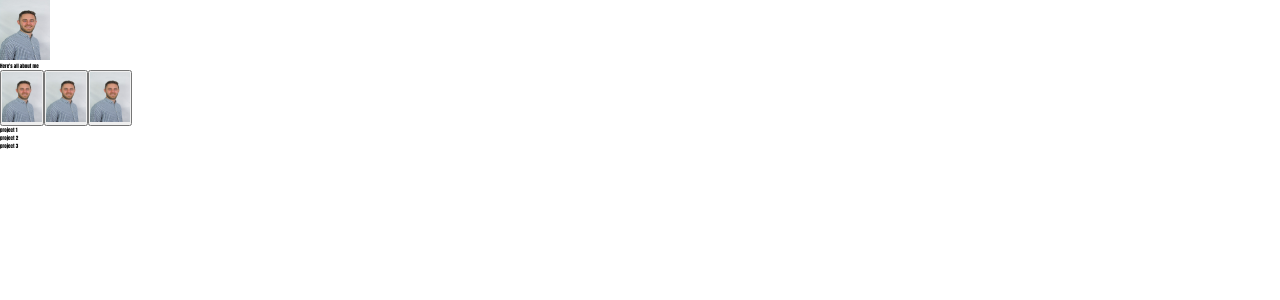
Repository: Kobramall/portfolio-project
Page: /portfolio
These files come from the project's save history. The page is drawn as it stood at one moment and after a run of saves; the edit follows.
The browser window is 1280 px wide. The pictures show the whole page.
The project was rebuilt for these pictures with package versions that can differ from the ones it lists, and the page was loaded fresh each time. Also part of the build but not shown: src/App.css, src/componets/Main.jsx. Imported but missing from the stored project, and not drawn on this page: src/assets/Landscape.mov.

Above is the page before, as saved 2022-11-01 15:17:43.

### src/index.css
*{
  margin:0;
  padding: 0;
  font-family: Impact, Haettenschweiler, 'Arial Narrow Bold', sans-serif;
}


.main{
  width: 100%;
  height: 100%;
}

video{
  width: 100%;
  height: 100%;
  object-fit: cover;
}

.content{
  position: absolute;
  width: 100%;
  height: 100%;
  top:0;
  display: flex;
  flex-direction: column;
  justify-content: center;
  align-items: center;
  color: azure;
  font-size: 6px;
}
.content button{
  color:azure;
  background-color: #fff;
  background-color: rgba(255, 255, 255, 0.5);
  font-size: 7px;
  border-color: transparent;
}

.content button:hover{
  background-color: lightblue;
}

.overlay{
  position: absolute;
  top: 0;
  left: 0;
  width: 100%;
  height: 100%;
}

### src/App.js
import './App.css';
import Main from './componets/Main'
import Portfolio from './componets/Portfolio';
import {BrowserRouter as Router, Routes, Route } from "react-router-dom";

function App() {
  return (
    <Router>
      <Routes>
        <Route path="/" element={<Main />} />
        <Route path="/portfolio" element={<Portfolio />} />
       </Routes>
    </Router>
  )
}

export default App;

### src/componets/Portfolio.jsx
import React from'react'
import Img from '../assets/IMG-3147.jpg'
import '../Portfolio.css'


const Portfolio = () =>{
    return(
        <div className='portfolio'>
            <div className='intro'>
               <img src={Img} alt="Profile Picture" width="50" height="60"/>
               <p>Here's all about me</p>
            </div>
            <div className='projectLinks'>
                    <a href="https://github.com/Kobramall" ><button><img src={Img} alt="filler pics" width="40" height="50"/></button></a>
                    <a href="https://github.com/Kobramall" ><button><img src={Img} alt="filler pics" width="40" height="50"/></button></a>
                    <a href="https://github.com/Kobramall" ><button><img src={Img} alt="filler pics" width="40" height="50"/></button></a>
            </div>
            <div className='projectDes'>
                   <p>project 1</p>
                   <p>project 2</p>
                   <p>project 3</p>
            </div>
            <footer>

            </footer>
        </div>
    )
}

export default Portfolio

### src/Portfolio.css
*{
    font-size: 5px;
}

Loaded but not shown: public/index.html (common file); src/index.js (common file); src/reportWebVitals.js (common file)

After the next 2 saves:
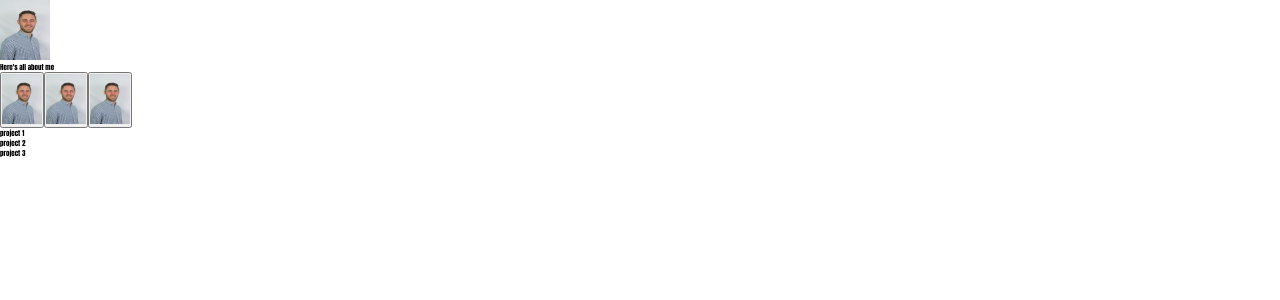
The 2 saves are shown as one change because they came seconds apart.
The last was saved 8 s later.
--- a/src/Portfolio.css
+++ b/src/Portfolio.css
@@ -1,3 +1,3 @@
 *{
-    font-size: 5px;
+    font-size: 7px;
 }
